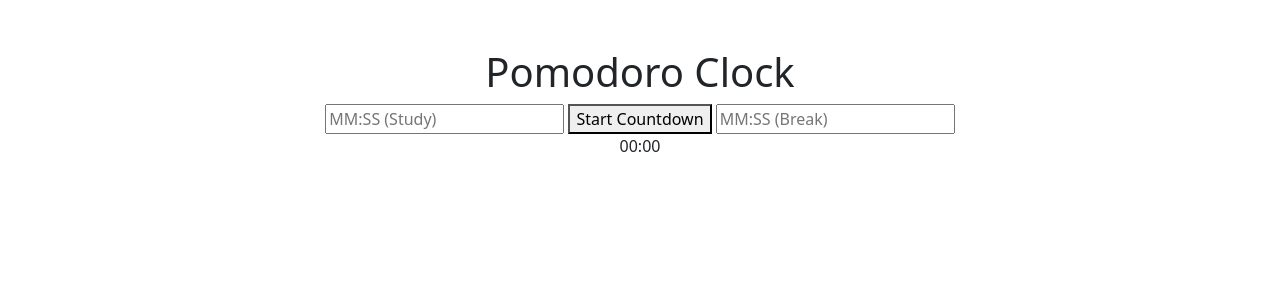
Repository: jobid0212/pomodoro-clock
Page: http://localhost/
The author's editor kept a copy of each file at every save. The page is drawn from the files as they stood at one save, then again after the next save.
The browser window is 1280 px wide. The pictures show the whole page.
The page is served by the project's application, run on Flask 3 (app.py).

Above is the page before, as saved 2026-02-06 18:38:40.

After the next save:
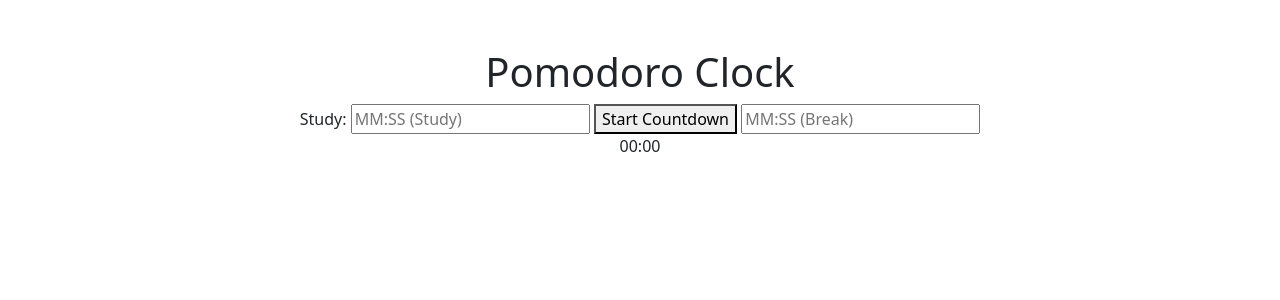
Saved 74 s later.
--- a/templates/index.html
+++ b/templates/index.html
@@ -23,13 +23,18 @@
                     <h1>Pomodoro Clock</h1>
                 </div>
                 <div class="timer-wrapper">
+                    <label for="studyDurationInput">Study:</label>
                     <input type="text" id="studyDurationInput"
                            pattern="[0-5][0-9]:[0-5][0-9]"
-                           placeholder="MM:SS (Study)">
+                           placeholder="MM:SS (Study)"
+                           name="studyDurationInput">
+
                     <button onclick="startTimer('study')">Start Countdown</button>
+
                     <input type="text" id="breakDurationInput"
                            pattern="[0-5][0-9]:[0-5][0-9]"
                            placeholder="MM:SS (Break)">
+
                     <div id="display">
                         00:00
                     </div>
